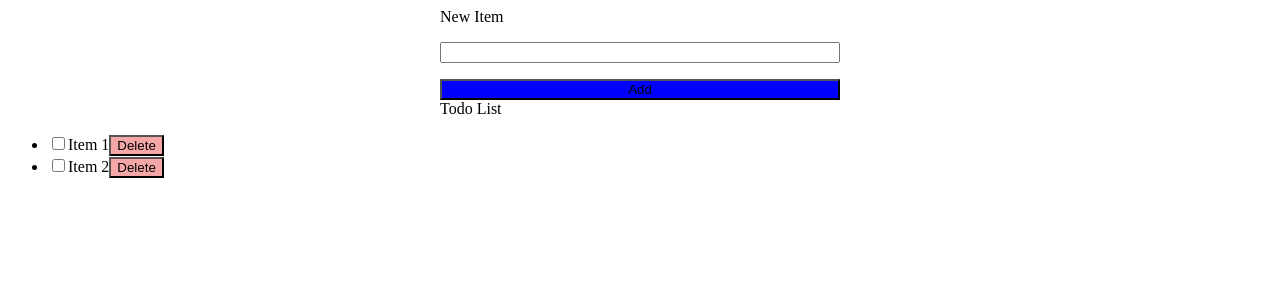
Repository: emmanuel2011-program/react-to-do-list
Page: /
An editor plug-in stored every save of this project. The page is shown before and after the next save, followed by the edit.
The browser window is 1280 px wide. The pictures show the whole page.
The project was rebuilt for these pictures with package versions that can differ from the ones it lists, and the page was loaded fresh each time. Also part of the build but not shown: vite.config.js.

Above is the page before, as saved 2025-11-03 10:07:04.

After the next save:
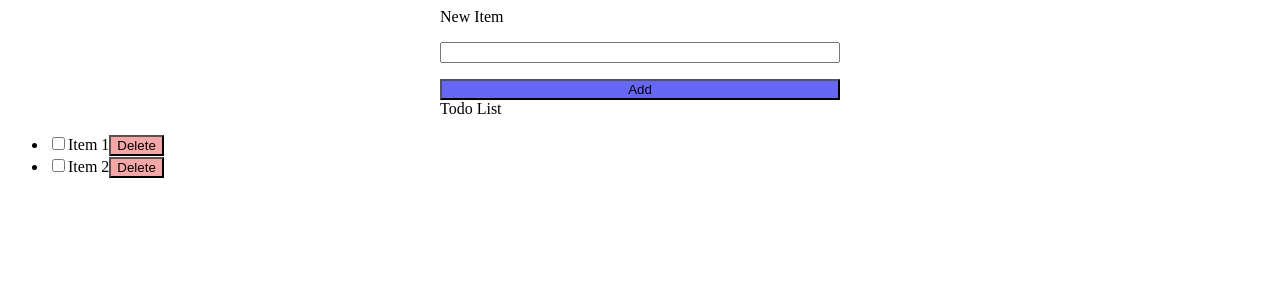
Saved 33 s later.
--- a/src/styles.css
+++ b/src/styles.css
@@ -11,7 +11,7 @@
     background-color: rgb(245, 167, 167);
 }
 .btn {
-    background-color: blue;
+    background-color: rgb(103, 103, 247);
 }
 
 .form-row {
